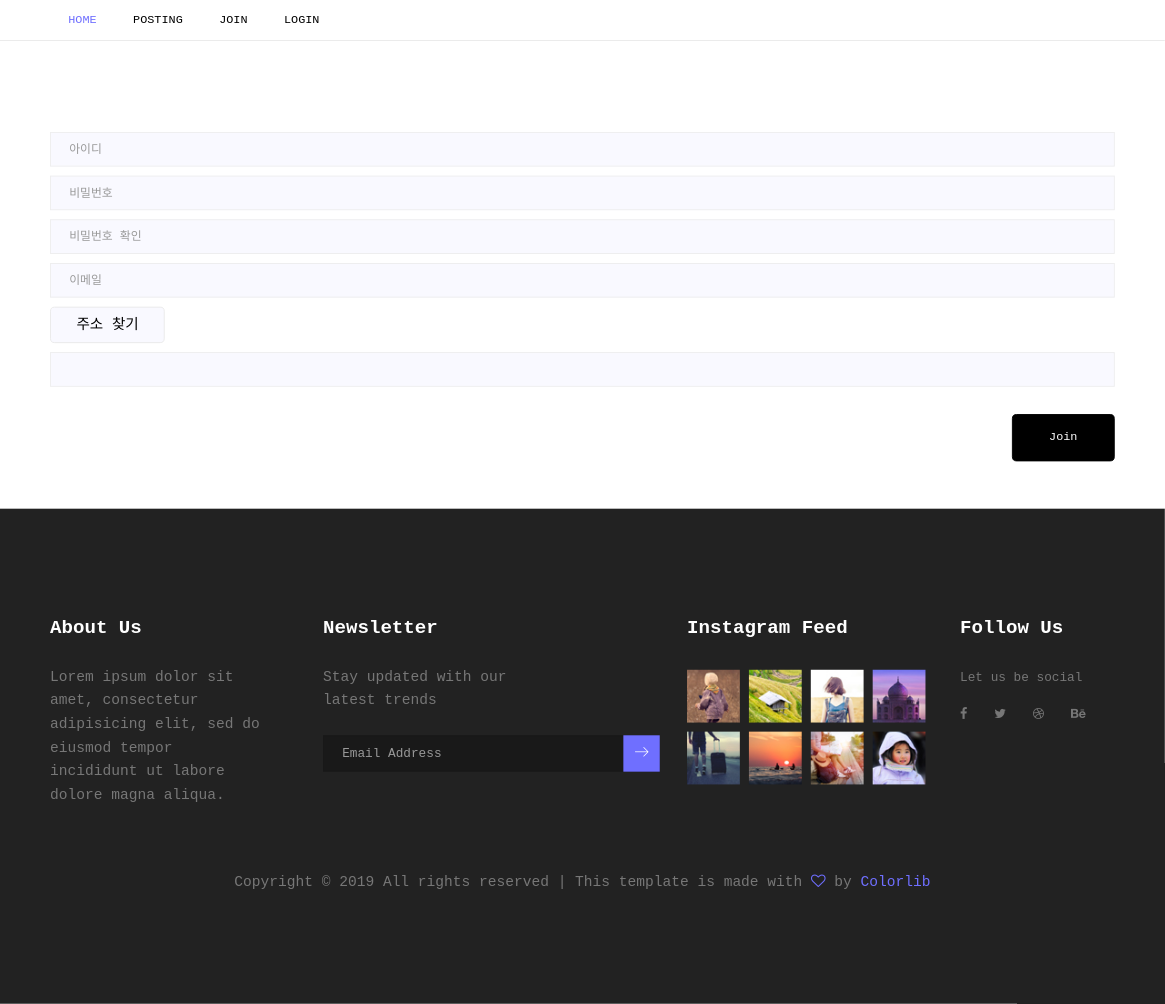
Repository: cwj2306/blog_project_2
Page: http://localhost/blog/user/join.jsp
An editor plug-in stored every save of this project. The page is shown before and after the next save, followed by the edit.
The browser window is 1280 px wide. The pictures show the whole page, at 91% of full size.
Some web fonts or font styles are not loaded; a fallback is used. The page is served by Tomcat 9. Other server files are loaded and not shown.

Above is the page before, as saved 2019-10-31 01:21:05.

### blog/WebContent/user/join.jsp
<%@ page language="java" contentType="text/html; charset=UTF-8"
    pageEncoding="UTF-8"%>
<%@ include file = "/include/nav.jsp" %>

	<section class="contact_area">
		<div class="container">
			<div class="row">
				<div class="col-lg-12">
					<form class="row contact_form" action="/blog/user?cmd=join" method="post" onsubmit="return validateCheck()">

						<div class="col-md-12">
							<div class="form-group">
								<input type="text" class="form-control" name="username" placeholder="아이디" required="required">
							</div>
						</div>

						<div class="col-md-12">
							<div class="form-group">
								<input type="password" class="form-control" id="password" name="password" placeholder="비밀번호" required="required" maxlength="20">
							</div>
						</div>

						<div class="col-md-12">
							<div class="form-group">
								<input type="password" class="form-control" id="passwordCheck" name="passwordCheck" placeholder="비밀번호 확인" required="required" maxlength="20">
							</div>
						</div>

						<div class="col-md-12">
							<div class="form-group">
								<input type="email" class="form-control" name="email" placeholder="이메일" required="required" maxlength="40">
							</div>
						</div>

						<div class="col-md-12">
							<div class="form-group">
								<a class="blog_btn" href="#">주소 찾기</a>
							</div>
						</div>

						<div class="col-md-12">
							<div class="form-group">
								<input type="text" class="form-control" name="address" required="required" readonly="readonly">
							</div>
						</div>

						<div class="col-md-12 text-right">
							<button type="submit" value="submit" class="btn submit_btn">Join</button>
						</div>

					</form>
				</div>
			</div>
		</div>
	</section>

	<br/><br/>

	<script>
		function validateCheck(){
			var password = document.querySelector('#password').value;
			var passwordCheck = document.querySelector('#passwordCheck').value;

			if (password === passwordCheck) {
				return true;
			}else{
				alert('비밀번호를 정확히 입력해주세요');
				return false;
			}
		}
	</script>

<%@ include file = "/include/footer.jsp" %>

### blog/WebContent/include/nav.jsp
<%@ page language="java" contentType="text/html; charset=UTF-8" pageEncoding="UTF-8"%>
<%@ taglib prefix="c" uri="http://java.sun.com/jsp/jstl/core" %>

<!doctype html>
<html lang="en">
    <head>
        <!-- Required meta tags -->
        <meta charset="utf-8">
        <meta name="viewport" content="width=device-width, initial-scale=1, shrink-to-fit=no">
        <link rel="icon" href="/blog/img/favicon.png" type="image/png">
        <title>Opium Blog</title>
        <!-- Bootstrap CSS -->
        <link rel="stylesheet" href="/blog/css/bootstrap.css">
        <link rel="stylesheet" href="/blog/vendors/linericon/style.css">
        <link rel="stylesheet" href="/blog/css/font-awesome.min.css">
        <link rel="stylesheet" href="/blog/vendors/owl-carousel/owl.carousel.min.css">
        <link rel="stylesheet" href="/blog/vendors/lightbox/simpleLightbox.css">
        <link rel="stylesheet" href="/blog/vendors/nice-select/css/nice-select.css">
        <link rel="stylesheet" href="/blog/vendors/animate-css/animate.css">
        <link rel="stylesheet" href="/blog/vendors/jquery-ui/jquery-ui.css">
        <!-- main css -->
        <link rel="stylesheet" href="/blog/css/style.css">
        <link rel="stylesheet" href="/blog/css/responsive.css">
    </head>
    <body>

        <!--================Header Menu Area =================-->
        <header class="header_area">
			<div class="main_menu">
				<nav class="navbar navbar-expand-lg navbar-light">
					<div class="container box_1620">
						<!-- Brand and toggle get grouped for better mobile display -->
						<a class="navbar-brand logo_h" href="#"><img src="/blog/img/logo.png" alt=""></a>
						<button class="navbar-toggler" type="button" data-toggle="collapse" data-target="#navbarSupportedContent" aria-controls="navbarSupportedContent" aria-expanded="false" aria-label="Toggle navigation">
							<span class="icon-bar"></span>
							<span class="icon-bar"></span>
							<span class="icon-bar"></span>
						</button>

						<!-- Collect the nav links, forms, and other content for toggling -->
						<div class="collapse navbar-collapse offset" id="navbarSupportedContent">
							<ul class="nav navbar-nav menu_nav">
								<li class="nav-item active"><a class="nav-link" href="/blog/index.jsp">Home</a></li>
								<li class="nav-item"><a class="nav-link" href="/blog/board/write.jsp">Posting</a></li>

								<c:choose>
									<c:when test="${empty sessionScope.user}">
										<li class="nav-item"><a class="nav-link" href="/blog/user/join.jsp">Join</a></li>
										<li class="nav-item"><a class="nav-link" href="/blog/user/login.jsp">Login</a></li>
									</c:when>
									<c:otherwise>
										<li class="nav-item"><a class="nav-link" href="/blog/user/update.jsp">Profile</a></li>
										<li class="nav-item"><a class="nav-link" href="/blog/user?cmd=logout">Logout</a></li>
									</c:otherwise>
								</c:choose>

							</ul>
							<ul class="nav navbar-nav navbar-right header_social ml-auto">
								<!--
								<li class="nav-item"><a href="#"><i class="fa fa-facebook"></i></a></li>
								<li class="nav-item"><a href="#"><i class="fa fa-twitter"></i></a></li>
								<li class="nav-item"><a href="#"><i class="fa fa-dribbble"></i></a></li>
								<li class="nav-item"><a href="#"><i class="fa fa-behance"></i></a></li>
								 -->
								 <c:if test="${not empty sessionScope.user}">
								 	<a href="/blog/user/userProfileForm.jsp"><img src = "${sessionScope.user.userProfile}" width="40px" height="40px" style="border-radius: 50%;"/></a>
								 </c:if>

							</ul>
						</div>
					</div>
				</nav>
			</div>
        </header>
        <!--================Header Menu Area =================-->

### blog/WebContent/include/footer.jsp
<%@ page language="java" contentType="text/html; charset=UTF-8" pageEncoding="UTF-8"%>
<!--================ start footer Area  =================-->
<footer class="footer-area p_120">
	<div class="container">
		<div class="row">
			<div class="col-lg-3  col-md-6 col-sm-6">
				<div class="single-footer-widget">
					<h6 class="footer_title">About Us</h6>
					<p>Lorem ipsum dolor sit amet, consectetur adipisicing elit, sed do eiusmod tempor incididunt ut labore dolore magna aliqua.</p>
				</div>
			</div>
			<div class="col-lg-4 col-md-6 col-sm-6">
				<div class="single-footer-widget">
					<h6 class="footer_title">Newsletter</h6>
					<p>Stay updated with our latest trends</p>
					<div id="mc_embed_signup">
						<form target="_blank" action="https://spondonit.us12.list-manage.com/subscribe/post?u=1462626880ade1ac87bd9c93a&amp;id=92a4423d01" method="get" class="subscribe_form relative">
							<div class="input-group d-flex flex-row">
								<input name="EMAIL" placeholder="Email Address" onfocus="this.placeholder = ''" onblur="this.placeholder = 'Email Address '" required="" type="email">
								<button class="btn sub-btn">
									<span class="lnr lnr-arrow-right"></span>
								</button>
							</div>
							<div class="mt-10 info"></div>
						</form>
					</div>
				</div>
			</div>
			<div class="col-lg-3 col-md-6 col-sm-6">
				<div class="single-footer-widget instafeed">
					<h6 class="footer_title">Instagram Feed</h6>
					<ul class="list instafeed d-flex flex-wrap">
						<li><img src="/blog/img/instagram/Image-01.jpg" alt=""></li>
						<li><img src="/blog/img/instagram/Image-02.jpg" alt=""></li>
						<li><img src="/blog/img/instagram/Image-03.jpg" alt=""></li>
						<li><img src="/blog/img/instagram/Image-04.jpg" alt=""></li>
						<li><img src="/blog/img/instagram/Image-05.jpg" alt=""></li>
						<li><img src="/blog/img/instagram/Image-06.jpg" alt=""></li>
						<li><img src="/blog/img/instagram/Image-07.jpg" alt=""></li>
						<li><img src="/blog/img/instagram/Image-08.jpg" alt=""></li>
					</ul>
				</div>
			</div>
			<div class="col-lg-2 col-md-6 col-sm-6">
				<div class="single-footer-widget f_social_wd">
					<h6 class="footer_title">Follow Us</h6>
					<p>Let us be social</p>
					<div class="f_social">
						<a href="#"><i class="fa fa-facebook"></i></a>
						<a href="#"><i class="fa fa-twitter"></i></a>
						<a href="#"><i class="fa fa-dribbble"></i></a>
						<a href="#"><i class="fa fa-behance"></i></a>
					</div>
				</div>
			</div>
		</div>
		<div class="row footer-bottom d-flex justify-content-between align-items-center">
			<p class="col-lg-12 footer-text text-center">
				<!-- Link back to Colorlib can't be removed. Template is licensed under CC BY 3.0. -->
				Copyright &copy;
				<script>document.write(new Date().getFullYear());</script>
				All rights reserved | This template is made with <i class="fa fa-heart-o" aria-hidden="true"></i> by <a href="https://colorlib.com" target="_blank">Colorlib</a>
				<!-- Link back to Colorlib can't be removed. Template is licensed under CC BY 3.0. -->
			</p>
		</div>
	</div>
</footer>
<!--================ End footer Area  =================-->




<!-- Optional JavaScript -->
<!-- jQuery first, then Popper.js, then Bootstrap JS -->
<script src="/blog/js/jquery-3.2.1.min.js"></script>
<script src="/blog/js/popper.js"></script>
<script src="/blog/js/bootstrap.min.js"></script>
<script src="/blog/js/stellar.js"></script>
<script src="/blog/vendors/lightbox/simpleLightbox.min.js"></script>
<script src="/blog/vendors/nice-select/js/jquery.nice-select.min.js"></script>
<script src="/blog/vendors/isotope/imagesloaded.pkgd.min.js"></script>
<script src="/blog/vendors/isotope/isotope-min.js"></script>
<script src="/blog/vendors/owl-carousel/owl.carousel.min.js"></script>
<script src="/blog/vendors/jquery-ui/jquery-ui.js"></script>
<script src="/blog/js/jquery.ajaxchimp.min.js"></script>
<script src="/blog/js/mail-script.js"></script>
<script src="/blog/js/theme.js"></script>

</body>
</html>

### blog/WebContent/css/responsive.css
@media (max-width:1619px){
	/* Main Menu Area css
	============================================================================================ */
   .header_area .navbar .search {
		margin-left: 40px;
	}
	/* End Main Menu Area css
	============================================================================================ */
	.home_banner_area .blog_text_slider .owl-prev, .home_banner_area .blog_text_slider .owl-next {
		right: 0px;
		font-size: 30px;
	}
}
@media (max-width:1199px){
	/* Main Menu Area css
	============================================================================================ */
	.header_area + section, .header_area + div {
		margin-top: 143px;
	}
	.top_menu .container{
		display: block;
	}
	/* End Main Menu Area css
	============================================================================================ */
	/* Home Banner Area css
	============================================================================================ */
	.home_banner_area {
		min-height: 700px;
	}
	/* End Home Banner Area css
	============================================================================================ */
	.home_banner_area {
		background-size: cover;
	}
	.blog_text {
		padding: 65px 65px 65px 65px;
	}
	.banner_area {
		background-size: cover;
	}
	.blog_style1 .blog_text {
		padding-left: 15px;
		padding-right: 15px;
		padding-top: 0px;
		padding-bottom: 0px;
	}
}

@media (max-width:991px){
	/* Main Menu Area css
	============================================================================================ */
	.logo_part {
		display: none;
	}
    .navbar-toggler {
        border: none;
        border-radius: 0px;
        padding: 0px;
        cursor: pointer;
        margin-top: 27px;
        margin-bottom: 23px;
		float: right;
    }
	.header_area .navbar {
		background: #fff;
	}
    .navbar-toggler[aria-expanded="false"] span:nth-child(2) {
		opacity: 1;
	}
	.navbar-toggler[aria-expanded="true"] span:nth-child(2) {
		opacity: 0;
	}
	.navbar-toggler[aria-expanded="true"] span:first-child {
		transform: rotate(-45deg);
		position: relative;
		top: 7.5px;
	}
	.navbar-toggler[aria-expanded="true"] span:last-child {
		transform: rotate(45deg);
		bottom: 6px;
		position: relative;
	}
	.navbar-toggler span{
		display: block;
		width: 25px;
		height: 3px;
		background: #000;
		margin: auto;
		margin-bottom: 4px;
		transition: all 400ms linear;
		cursor: pointer;
	}
    .navbar .container{
        padding-left: 15px;
        padding-right: 15px;
    }
    .nav{
        padding: 0px 0px;
    }
	.header_area + section, .header_area + row, .header_area + div {
		margin-top: 117px;
	}
    .header_top .nav{
        padding: 0px;
    }
    .header_area .navbar .nav .nav-item .nav-link{
        line-height: 40px;
        margin-right: 0px;
        display: block;
		border-bottom: 1px solid #ededed33;
		border-radius: 0px;
    }
    .header_area .navbar .search{
        margin-left: 0px;
    }
	.header_area .navbar-collapse{
		max-height: 340px;
		overflow-y: scroll;
	}
	.header_area .navbar .nav .nav-item.submenu ul .nav-item .nav-link {
		padding: 0px 15px;
	}
	.header_area .navbar .nav .nav-item {
		margin-right: 0px;
	}
	.header_area + section, .header_area + row, .header_area + div {
		margin-top: 71px;
	}
	.main_menu .navbar .container_inner {
		display: block;
	}
	.main_menu .navbar .navbar-brand {
		display: inline-block;
		padding-top: 11px;
		width: 173px;
	}
	.main_menu .navbar .navbar-brand img {
		width: 100%;
	}
	/* End Main Menu Area css
	============================================================================================ */

	/* Contact Page Area css
	============================================================================================ */
	.contact_info{
		margin-bottom: 50px;
	}
	/* End Contact page Area css
	============================================================================================ */
	.home_banner_area .donation_inner{
		margin-bottom: -30px;
	}
	.single-footer-widget{
		margin-bottom: 30px;
	}
	.footer-area .row{
		margin-bottom: -30px;
	}
	/* Footer Area css
	============================================================================================ */
	/* End End Footer Area css
	============================================================================================ */
	.home_banner_area {
		background-size: cover;
		margin-bottom: 0px;
	}
	/* Extra header Area css
	============================================================================================ */
	/* End Extra header Area css
	============================================================================================ */

	.nav.navbar-nav.navbar-right.header_social{
		display: none;
	}

}
@media (max-width:767px){
	.home_banner_area {
		min-height: 500px;
	}
	.home_banner_area .banner_inner {
		min-height: 500px;
	}
	.home_banner_area .banner_inner .banner_content {
		margin-top: 0px;
	}
	/* Blog Page Area css
	============================================================================================ */
    .blog_banner .banner_inner .blog_b_text h2 {
		font-size: 40px;
		line-height: 50px;
	}
	.blog_info.text-right{
		text-align: left !important;
		margin-bottom: 10px;
	}
	/* End Blog Page Area css
	============================================================================================ */
	.home_banner_area .banner_inner .banner_content h3 {
		font-size: 30px;
	}
	.home_banner_area .banner_inner .banner_content p br {
		display: none;
	}
	/* Footer Area css
	============================================================================================ */
	.footer-bottom .footer-text{
		text-align: center;
	}
	.footer-bottom .footer-social {
		text-align: center;
		margin-bottom: 20px;
	}
	/* End End Footer Area css
	============================================================================================ */
	.blog_style1.small .blog_img img{
		width: 100%;
	}
}
@media (max-width:575px){

	.header_area + section, .header_area + row, .header_area + div {
		margin-top: 71px;
	}
	.top_menu {
		display: none;
	}

    /* Home Banner Area css
	============================================================================================ */
	.home_banner_area .banner_inner .banner_content h2 {
		font-size: 28px;
	}
	.home_banner_area {
		min-height: 500px;
	}
	.home_banner_area .banner_inner {
		min-height: 500px;
	}
	.blog_banner .banner_inner .blog_b_text {
		margin-top: 0px;
	}
	.home_banner_area .banner_inner .banner_content img{
		display: none;
	}
	.home_banner_area .banner_inner .banner_content h5 {
		margin-top: 0px;
	}
	.home_banner_area .banner_inner .banner_content .date a {
		margin-right: 8px;
	}
	/* End Home Banner Area css
	============================================================================================ */
	.p_120 {
		padding-top: 70px;
		padding-bottom: 70px;
	}
	.main_title h2 {
		font-size: 25px;
	}
	/* Elements Area css
	============================================================================================ */
	.sample-text-area {
		padding: 70px 0 70px 0;
	}
	/* End Elements Area css
	============================================================================================ */

	/* Blog Page Area css
	============================================================================================ */
	.blog_details h2 {
		font-size: 20px;
		line-height: 30px;
	}
	.blog_banner .banner_inner .blog_b_text h2 {
		font-size: 28px;
		line-height: 38px;
	}
	.banner_area .banner_inner .banner_content {
		margin-top: 0px;
	}
	/* End Blog Page Area css
	============================================================================================ */
	/* Footer Area css
	============================================================================================ */
	/* End End Footer Area css
	============================================================================================ */
	.pad_top {
		padding-top: 70px;
	}
	.mt-100 {
		margin-top: 50px;
	}
	.single-footer-widget p {
		max-width: 100%;
	}
	.p_100 {
		padding-top: 70px;
		padding-bottom: 70px;
	}
	.blog_style1 .blog_text .blog_text_inner {
		margin-top: 0px;
	}
	.blog_style1 .blog_text {
		padding-left: 0px;
		padding-right: 0px;
		padding-top: 0px;
		padding-bottom: 0px;
	}
	.blog_text .cat a {
		margin-right: 5px;
	}
	.blog_text .cat .cat_btn {
		display: block;
		width: 86px;
		margin-bottom: 10px;
	}
}

@media (max-width:480px){
	/* Main Menu Area css
	============================================================================================ */
	.header_area .navbar-collapse{
		max-height: 250px;
	}
	/* End Main Menu Area css
	============================================================================================ */

	/* Home Banner Area css
	============================================================================================ */
    .home_banner_area .banner_inner .banner_content {
		padding: 30px 15px;
		margin-top: 0px;
	}
	.banner_content .white_btn {
		display: block;
	}
	.home_banner_area .banner_inner .banner_content h3 {
		font-size: 24px;
	}
	.home_banner_area .carousel .carousel-indicators {
		bottom: -50px;
		z-index: 20;
	}
	/* End Home Banner Area css
	============================================================================================ */
	.banner_area .banner_inner .banner_content h2 {
		font-size: 32px;
	}
	/* Blog Page Area css
	============================================================================================ */
	.comments-area .thumb {
		margin-right: 10px;
	}

	/* End Blog Page Area css
	============================================================================================ */
	.home_banner_area .blog_text_slider .owl-prev {
		top: auto;
		bottom: 110px;
		transform: translateY(-0%);
		left: 10px;
	}
	.home_banner_area .blog_text_slider .owl-next {
		top: auto;
		bottom: 110px;
		right: 10px;
		transform: translateY(-0%);
	}
	.blog_text {
		padding: 60px 20px;
	}
}

Loaded but not shown: blog/WebContent/css/bootstrap.css (library); blog/WebContent/vendors/linericon/style.css (library); blog/WebContent/css/font-awesome.min.css (library); blog/WebContent/vendors/owl-carousel/owl.carousel.min.css (common file); blog/WebContent/vendors/lightbox/simpleLightbox.css (library); blog/WebContent/vendors/nice-select/css/nice-select.css (library); blog/WebContent/vendors/animate-css/animate.css (library); blog/WebContent/vendors/jquery-ui/jquery-ui.css (library); blog/WebContent/js/jquery-3.2.1.min.js (library); blog/WebContent/js/popper.js (library); blog/WebContent/js/bootstrap.min.js (library); blog/WebContent/js/stellar.js (library); blog/WebContent/vendors/lightbox/simpleLightbox.min.js (library); blog/WebContent/vendors/nice-select/js/jquery.nice-select.min.js (common file); blog/WebContent/vendors/isotope/imagesloaded.pkgd.min.js (library); blog/WebContent/vendors/isotope/isotope-min.js (library); blog/WebContent/vendors/owl-carousel/owl.carousel.min.js (library); blog/WebContent/vendors/jquery-ui/jquery-ui.js (library); blog/WebContent/js/jquery.ajaxchimp.min.js (library); blog/WebContent/js/theme.js (283 lines, source omitted); blog/WebContent/js/mail-script.js (31 lines, source omitted); blog/WebContent/css/style.css (3904 lines, source omitted)

After the next save:
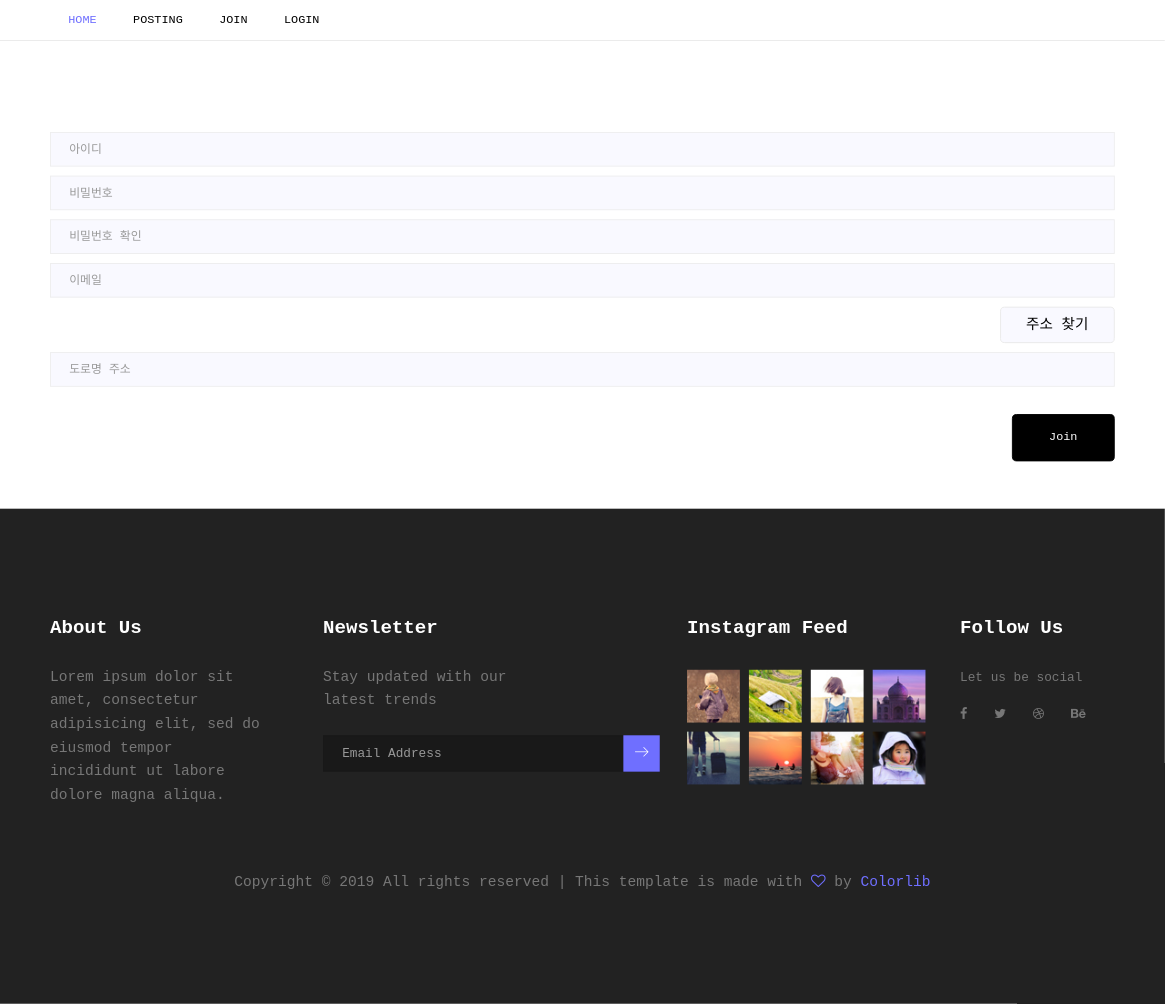
Saved 2 min 0 s later.
--- a/blog/WebContent/user/join.jsp
+++ b/blog/WebContent/user/join.jsp
@@ -33,14 +33,14 @@
 						</div>
 
 						<div class="col-md-12">
-							<div class="form-group">
+							<div class="form-group float-right">
 								<a class="blog_btn" href="#">주소 찾기</a>
 							</div>
 						</div>
 
 						<div class="col-md-12">
 							<div class="form-group">
-								<input type="text" class="form-control" name="address" required="required" readonly="readonly">
+								<input type="text" class="form-control" name="address" placeholder="도로명 주소" required="required" readonly="readonly">
 							</div>
 						</div>
 
